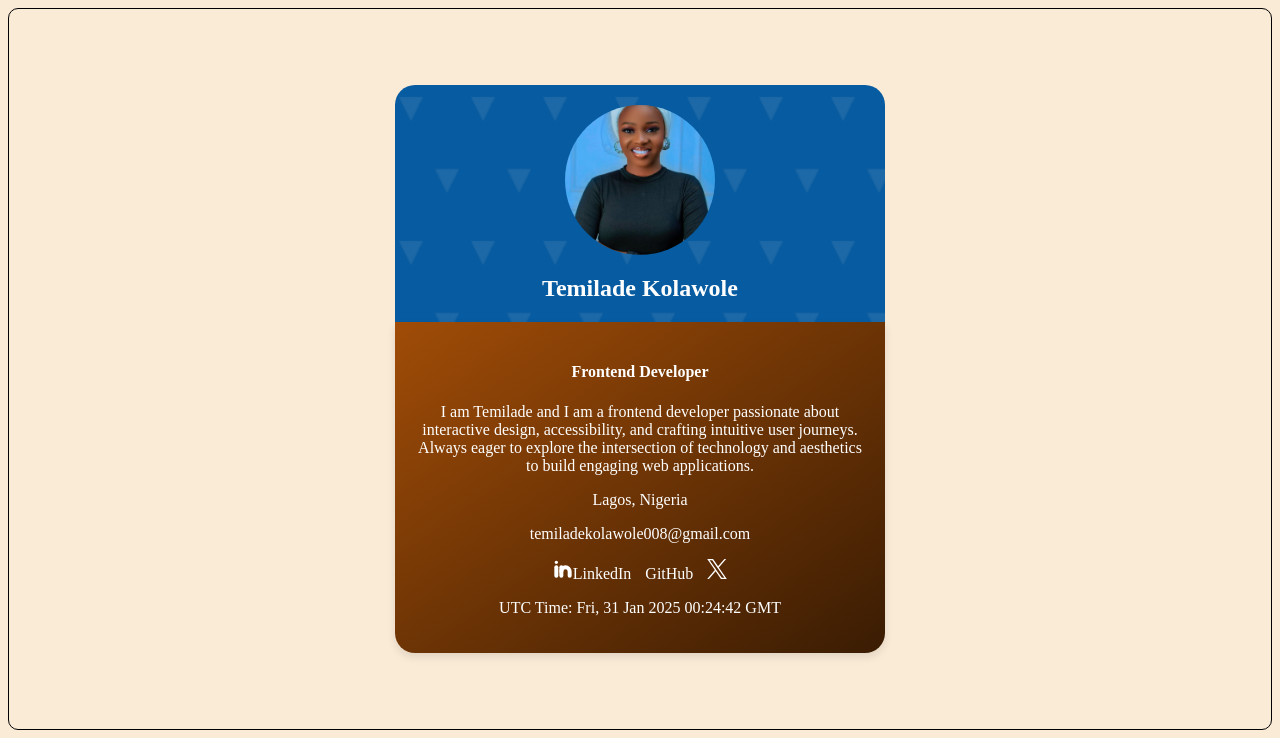
Repository: KolawoleTemilade/ticket-guarantor
Page: profilecard/index..html
These files come from the project's save history. The page is drawn as it stood at one moment and after a run of saves; the edit follows.
The browser window is 1280 px wide. The pictures show the whole page.

Above is the page before, as saved 2025-02-05 01:05:33.

### profilecard/index..html
<!DOCTYPE html>
<html lang="en">
<head>
    <meta charset="UTF-8">
    <meta name="viewport" content="width=device-width, initial-scale=1.0">
    <title>Profile Card</title>
    <link rel="stylesheet" href="style.css">
</head>
<body>
    <section class=" " >
        <div class="background" style="background-image: url('./asset/bgo.svg');">
            <img src="./asset/profile.jpg" alt="Profile Picture" data-testid="profilePicture">
            <h2 class="fullname" data-testid="fullName">Temilade Kolawole</h2>
        </div>
        <div class="card" >
        <h4 data-testid="jobTitle">Frontend Developer</h4>
        <p data-testid="shortBio">
            I am Temilade and I am a frontend developer passionate about interactive design,
            accessibility, and crafting intuitive user journeys. Always eager to explore
            the intersection of technology and aesthetics to build engaging web applications.
        </p>
        <p data-testid="currentLocation">Lagos, Nigeria</p>
        <p data-testid="emailAddress">
            <a href="mailto:temiladekolawole008@gmail.com" target="_blank">
                temiladekolawole008@gmail.com
            </a>
        </p>
        <div class="social-links" data-testid="socialLinks">

            <a href="https://linkedin.com/in/temiladekolawole13" target="_blank" class="socials"> <img src="./asset/linkedin.svg" alt="">LinkedIn</a>
            <a href="https://github.com/kolawoleTemilade" target="_blank">GitHub</a>
            <a href="https://twitter.com/temmie415" target="_blank" class="socials"> <img src="./asset/twitter.svg" alt=""></a>
        </div>
        <p data-testid="currentTimeUTC" id="utcTime"></p>
    </div>
    </section>

    <script>
        // Update UTC time every second
        function updateTime() {
            const utcTime = new Date().toUTCString();
            document.getElementById('utcTime').textContent = `UTC Time: ${utcTime}`;
        }

        // Initial call and set interval
        updateTime();
        setInterval(updateTime, 1000);
    </script>
</body>
</html>

### profilecard/style.css
body {
  display: flex;
  align-items: center;
  justify-content: center;
  height: 100vh;
  border: 1px solid ;
  border-radius: 10px;
  background-color: antiquewhite;
}

.card {
  background: #fff;
  padding: 20px;
  border-radius: 0 0  20px 20px;
  box-shadow: 0 4px 8px rgba(0, 0, 0, 0.1);
  text-align: center;
  max-width: 450px;
  width: 100%;
  background: linear-gradient(145deg, #A04C07, #3A1C03);
}
.card p, .card h4{
  color: #fff;
}
.card h4 {
  font-size: 16px;
}
.background {
  width: 100%;
  padding: 0;
  display: flex;
  flex-direction: column;
  justify-content: center;
  align-items: center;
  border-radius:20px 20px   0 0 ;
}
.background > img {
  width: 150px;
  height: 150px;
  border-radius: 50%;
  object-fit: cover;
  margin-top: 20px;
}
.fullname {
  color: #fff;
  font-size: 24px;
}

a {
  margin: 0 5px;
  text-decoration: none;
  color: white;
}
.social

.socials {
  display: flex;
  flex-direction: column;
  align-items: center;
  justify-content: center;
}
.socials img {
  width: 20px;
  height: 20px;
}

### profilecard/asset/linkedin.svg
<svg width="20" height="20" viewBox="0 0 20 20" fill="none" xmlns="http://www.w3.org/2000/svg">
<path d="M3.33335 4.99999C4.25383 4.99999 5.00002 4.2538 5.00002 3.33332C5.00002 2.41285 4.25383 1.66666 3.33335 1.66666C2.41288 1.66666 1.66669 2.41285 1.66669 3.33332C1.66669 4.2538 2.41288 4.99999 3.33335 4.99999Z" fill="white"/>
<path d="M3.33331 8.33334V16.6667" stroke="white" stroke-width="4" stroke-linecap="round" stroke-linejoin="round"/>
<path d="M8.33331 8.33334V16.6667" stroke="white" stroke-width="4" stroke-linecap="round" stroke-linejoin="round"/>
<path d="M8.33331 12.5C8.33331 10.2 10.2 8.33334 12.5 8.33334C14.8 8.33334 16.6666 10.2 16.6666 12.5V16.6667" stroke="white" stroke-width="4" stroke-linecap="round" stroke-linejoin="round"/>
</svg>

### profilecard/asset/twitter.svg
<svg width="20" height="20" viewBox="0 0 20 20" fill="none" xmlns="http://www.w3.org/2000/svg">
<path d="M11.8619 8.46875L19.1472 0H17.4207L11.095 7.35313L6.04253 0H0.215027L7.85534 11.1194L0.215027 20H1.94159L8.6219 12.2348L13.9575 20H19.785L11.8614 8.46875H11.8619ZM9.49722 11.2172L8.723 10.11L2.56362 1.29969H5.2155L10.186 8.41L10.96 9.51719L17.4214 18.7594H14.7699L9.49722 11.2177V11.2172Z" fill="white"/>
</svg>

After the next 5 saves:
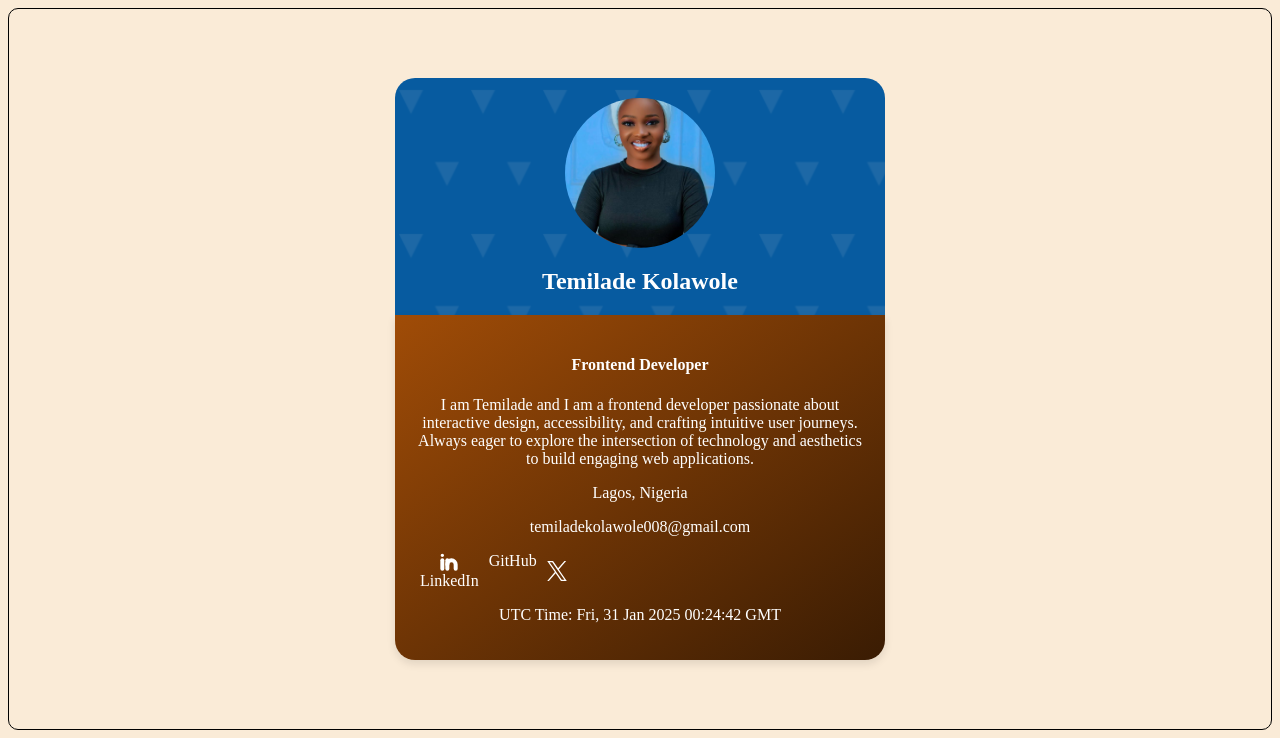
The 5 saves are shown as one change because they came seconds apart.
The last was saved 11 s later.
--- a/profilecard/style.css
+++ b/profilecard/style.css
@@ -50,7 +50,10 @@ a {
   text-decoration: none;
   color: white;
 }
-.social
+.social-links {
+  display: flex;
+
+}
 
 .socials {
   display: flex;
